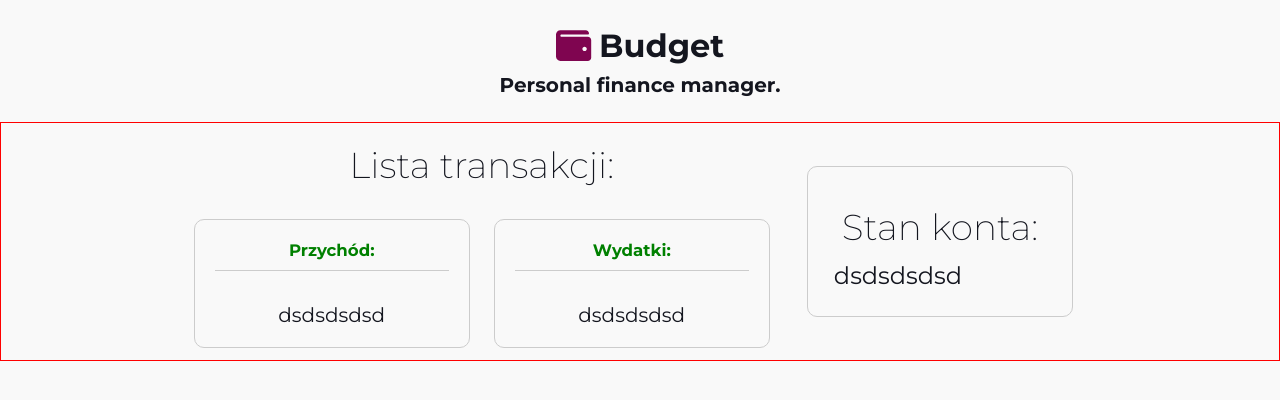
Repository: KrzysKolo/sr_tydzien4_zad4
Page: /
An editor plug-in stored every save of this project. The page is shown before and after the next save, followed by the edit.
The browser window is 1280 px wide. The pictures show the whole page.
Some web libraries are served in a nearby version. The project was rebuilt for these pictures with package versions that can differ from the ones it lists, and the page was loaded fresh each time.

Above is the page before, as saved 2020-11-29 15:02:56.

After the next save:
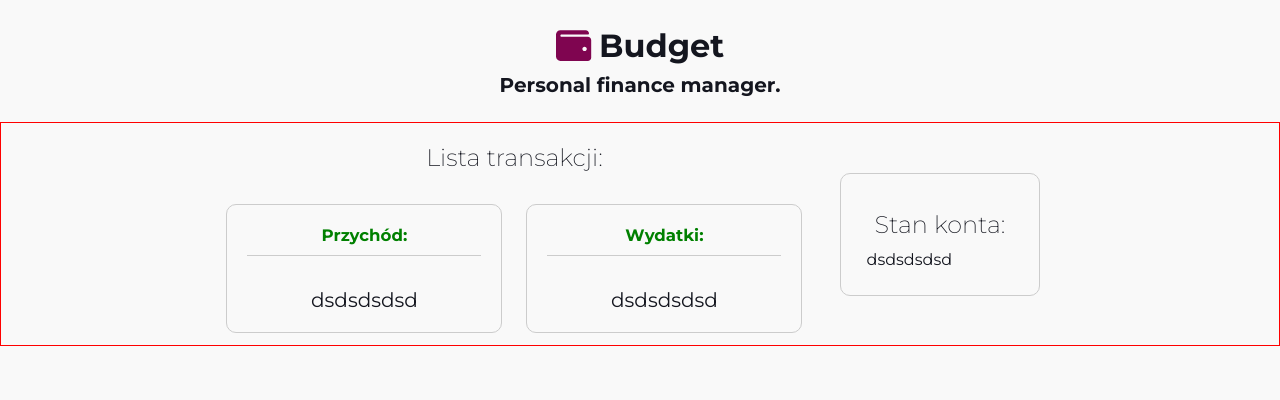
Saved 18 s later.
--- a/src/components/Budget.js
+++ b/src/components/Budget.js
@@ -20,7 +20,7 @@ const GlobalStyle = createGlobalStyle`
     }
     `;
 const Container = styled.main`
-    font-size: 1.5rem;
+
 `;
 const SectionContainer = styled.section`
     border: 1px solid red;

After the save that followed:
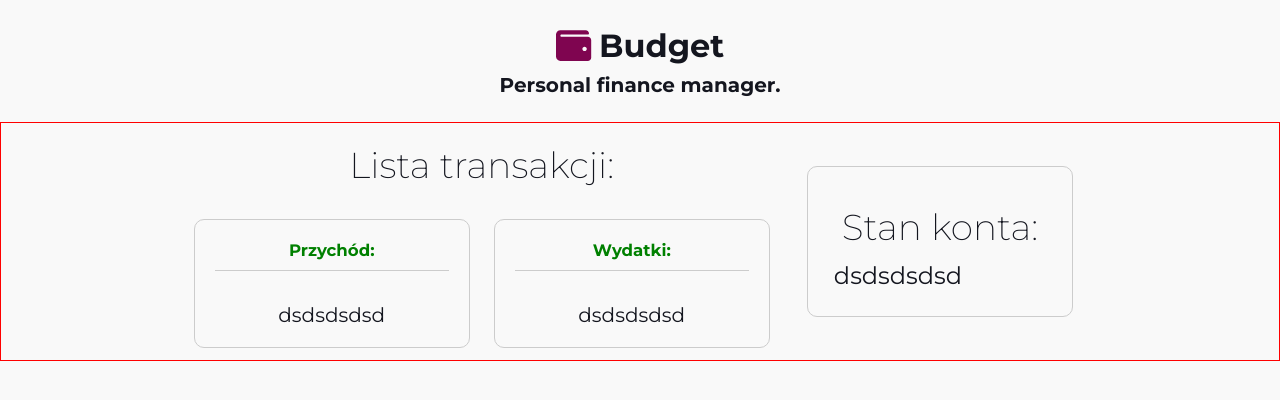
Saved 24 s later.
--- a/src/components/Budget.js
+++ b/src/components/Budget.js
@@ -20,7 +20,7 @@ const GlobalStyle = createGlobalStyle`
     }
     `;
 const Container = styled.main`
-
+    font-size: 1.5rem;
 `;
 const SectionContainer = styled.section`
     border: 1px solid red;
